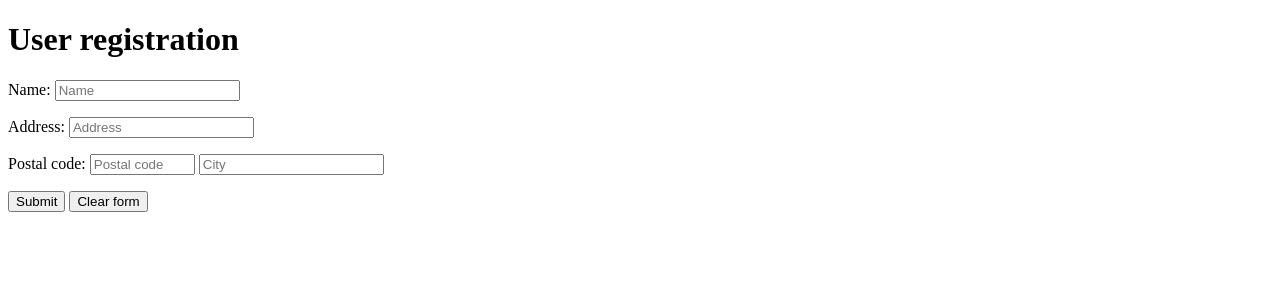
Repository: Filip-Husic/AW_frontend
Page: ex3Forms.html
An editor plug-in stored every save of this project. The page is shown before and after a run of saves, followed by the edit.
The browser window is 1280 px wide. The pictures show the whole page.

Above is the page before, as saved 2022-11-23 11:32:35.

### ex3Forms.html
<!DOCTYPE html>
<html lang="en">
<head>
    <meta charset="UTF-8">
    <meta http-equiv="X-UA-Compatible" content="IE=edge">
    <meta name="viewport" content="width=device-width, initial-scale=1.0">
    <title>HTML - Forms</title>
</head>
<body>
    <h1>User registration</h1>
    <form action="process.php">
        <p>
            <label for="name">Name:</label>
            <input type="text" id="name" name="name" maxlength="80" placeholder="Name" required>
        </p>
        <p>
            <label for="address">Address:</label>
            <input type="text" id="address" name="address" maxlength="80" placeholder="Address" required>
        </p>
        <p>
            <label for="pc">Postal code:</label>
            <input type="text" id="pc" name="pc" size="10" maxlength="10" placeholder="Postal code" required>
            <input type="text" id="pc_city" name="pc_city" size="20" maxlength="20" placeholder="City" required>
        </p>
        <button type="submit">Submit</button>
        <button type="reset">Clear form</button>
    </form>
</body>
</html>

After the next 2 saves:
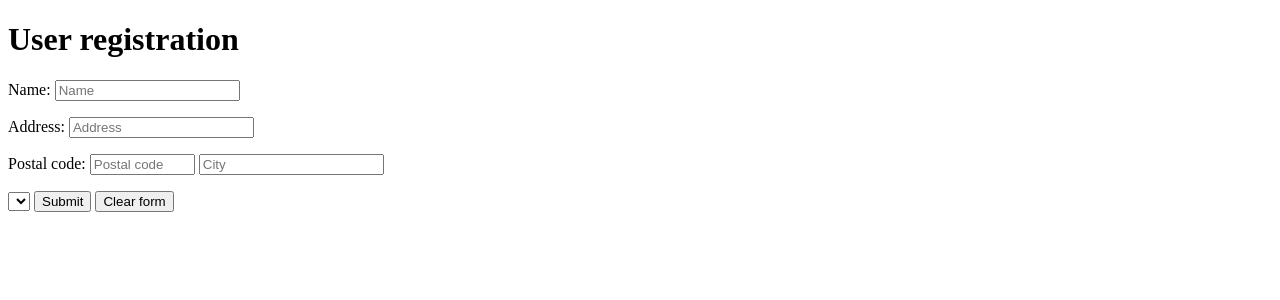
The 2 saves are shown as one change because they came seconds apart.
The last was saved 82 s later.
--- a/ex3Forms.html
+++ b/ex3Forms.html
@@ -22,6 +22,8 @@
             <input type="text" id="pc" name="pc" size="10" maxlength="10" placeholder="Postal code" required>
             <input type="text" id="pc_city" name="pc_city" size="20" maxlength="20" placeholder="City" required>
         </p>
+        <select name="" id=""></select>
+
         <button type="submit">Submit</button>
         <button type="reset">Clear form</button>
     </form>
